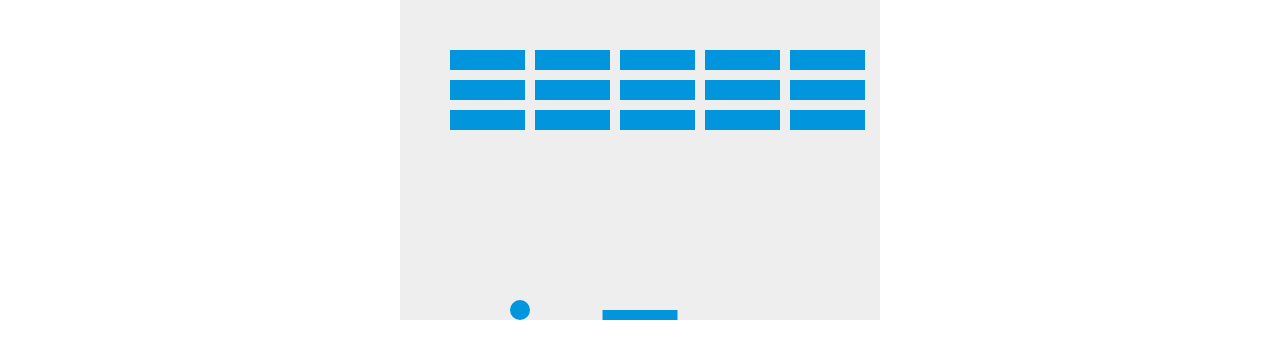
Repository: hara-PG/javascript_operation
Page: block_game/index.html
These files come from the project's save history. The page is drawn as it stood at one moment and after the next save; the edit follows.
The browser window is 1280 px wide. The pictures show the whole page.

Above is the page before, as saved 2022-06-27 21:22:16.

After the next save:
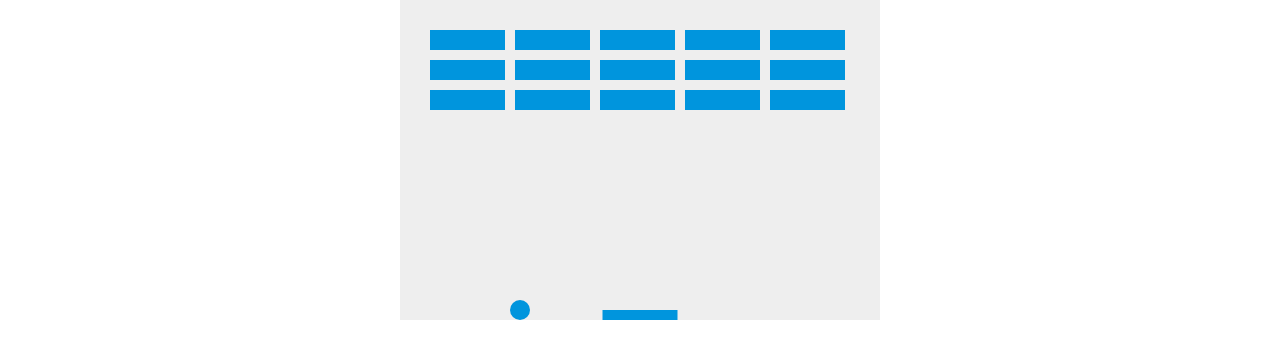
Saved 10 s later.
--- a/block_game/game.js
+++ b/block_game/game.js
@@ -19,8 +19,8 @@ let brickColumnCount = 5; // ブロックの縦列
 let brickWidth = 75; // ブロックの横幅
 let brickHeight = 20; // ブロックの縦幅
 let brickPadding = 10; // ブロックの四方の余白
-let brickOffsetTop = 50; //
-let brickOffsetLeft = 50;
+let brickOffsetTop = 30; //
+let brickOffsetLeft = 30;
 
 document.addEventListener("keydown", keyDownHandler, false); // keydownイベントが発火したとき (どれかが押されたとき) 、keyDownHandler()関数が実行
 document.addEventListener("keyup", keyUpHandler, false); // keyupイベントが発火した時　(そのキーが押されなくなったき) 、keyUpHandler()関数が実行
